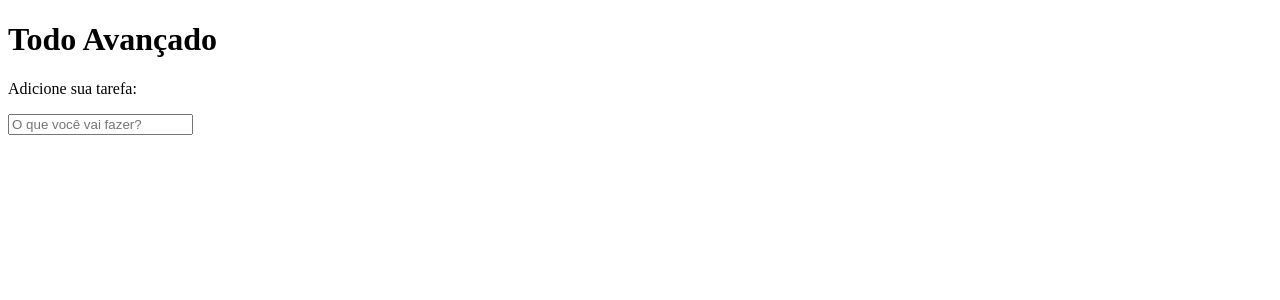
Repository: Guillermomarcon/ProjetoToDo
Page: index.html
These files come from the project's save history. The page is drawn as it stood at one moment and after a run of saves; the edit follows.
The browser window is 1280 px wide. The pictures show the whole page.
Some web libraries are served in a nearby version.

Above is the page before, as saved 2022-08-27 16:36:37.

### index.html
<!DOCTYPE html>
<html lang="pt-br">
<head>
    <meta charset="UTF-8">
    <meta http-equiv="X-UA-Compatible" content="IE=edge">
    <meta name="viewport" content="width=device-width, initial-scale=1.0">
    <title>Todo Avançado</title>
    <!--css do projeto-->
    <link rel="stylesheet" href="estilos/style.css">
    <!--Biblioteca de font vamos usar a Font Awesome  font awesome cdnjs
    encontrado nesse link
    https://cdnjs.com/libraries/font-awesome   -->
    <link rel="stylesheet" href="https://cdnjs.cloudflare.com/ajax/libs/font-awesome/6.1.2/css/all.min.css" integrity="sha512-1sCRPdkRXhBV2PBLUdRb4tMg1w2YPf37qatUFeS7zlBy7jJI8Lf4VHwWfZZfpXtYSLy85pkm9GaYVYMfw5BC1A==" crossorigin="anonymous" referrerpolicy="no-referrer" />
    <!--Js do projeto-->
    <script src="js/javascript.js" defer></script>
</head>
<body>
    <div class="todo-container">
        <header>
            <h1>Todo Avançado</h1>
        </header>
        <form  id="todo-form">
            <p>Adicione sua tarefa:</p>
            <div class="form-control">
                <input type="text" name="input-text" id="todo-input" placeholder="O que você vai fazer?">
            </div>
        </form>


    </div>


</body>
</html>

### estilos/style.css
@charset "UTF-8"

Loaded but not shown: js/javascript.js (no stored copy; drawn as an empty file)

After the next 3 saves:
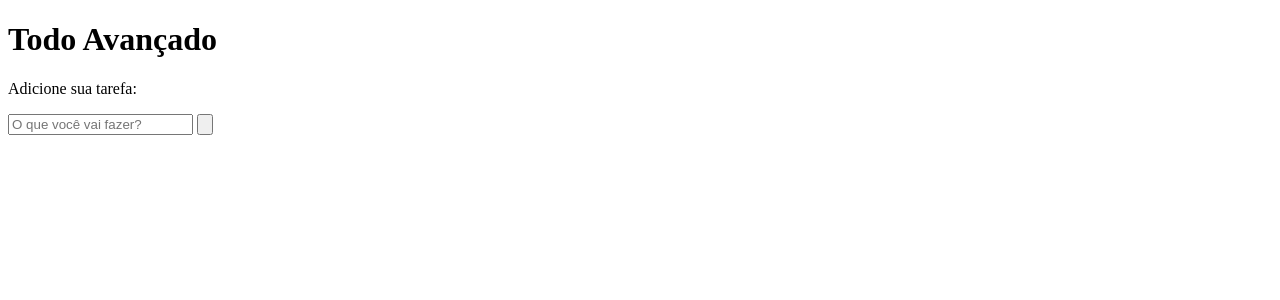
The 3 saves are shown as one change because they came seconds apart.
The last was saved 17 s later.
--- a/index.html
+++ b/index.html
@@ -23,6 +23,7 @@
             <p>Adicione sua tarefa:</p>
             <div class="form-control">
                 <input type="text" name="input-text" id="todo-input" placeholder="O que você vai fazer?">
+                <input type="button" value="">
             </div>
         </form>
 
